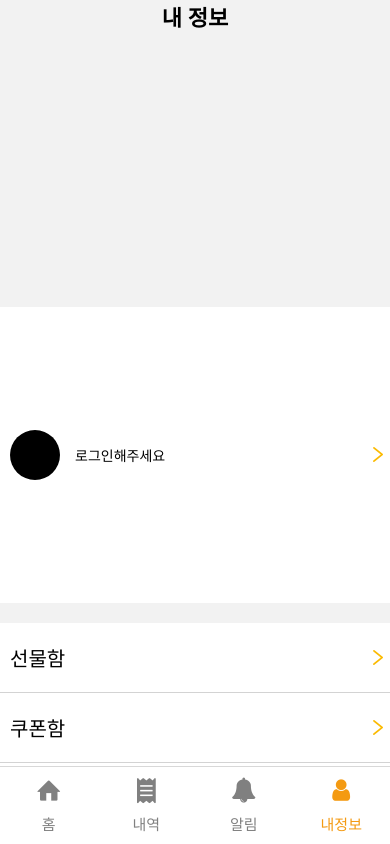
Repository: Unique0902/GachiDutch
Screen: /User
An editor plug-in stored every save of this project. The screen is shown before and after the next save, followed by the edit.
The app was drawn by React Native's web renderer in a window 390 px wide. The project was rebuilt for these pictures with package versions that can differ from the ones it lists, and the page was loaded fresh each time. Some packages were replaced by stand-ins written for this rebuild. Also part of the build but not shown: sources/components/lowBar/lowBar.jsx, sources/components/taxi/taxi.jsx, sources/components/alarm/alert.js, sources/components/alarm/alarm.jsx, sources/components/dutch_history/dutch_history.jsx, sources/components/dutchpay_historys/dutchpay_historys.jsx, sources/components/delivery_historys/delivery_historys.jsx, sources/components/taxi_historys/taxi_historys.jsx and 3 more.

Above is the screen before, as saved 2022-11-11 17:02:20.

### App.js
import React from 'react';
import { StyleSheet, Text, View, Image } from 'react-native';
import Home from './sources/components/home/home';
import { NavigationContainer } from '@react-navigation/native';
import { createNativeStackNavigator } from '@react-navigation/native-stack';
import Taxi from './sources/components/taxi/taxi';
import Main from './sources/routes/main/main';
import Login from './sources/routes/login/login';
import HttpClient from './sources/network/http.js';
import ReceiptService from './sources/services/receipt.js';
import Ready from './sources/components/ready/ready';

const Stack = createNativeStackNavigator();
const baseURL = 'https://dutch-server.herokuapp.com';
const httpClient = new HttpClient(baseURL);
const receiptService = new ReceiptService(baseURL);

export default function App() {
  return (
    <>
      <NavigationContainer>
        <Stack.Navigator screenOptions={{ headerShown: false }}>
          <Stack.Screen
            name='Main'
            children={({ navigation, route }) => (
              <Main
                receiptService={receiptService}
                navigation={navigation}
                route={route}
              />
            )}
          />
          <Stack.Screen name='Taxi' component={Taxi} />
          <Stack.Screen name='Login' component={Login} />
          <Stack.Screen name='Ready' component={Ready} />
        </Stack.Navigator>
      </NavigationContainer>
    </>
  );
}

const styles = StyleSheet.create({
  header: {
    flexDirection: 'row',
    alignItems: 'center',
    justifyContent: 'space-between',
    margin: 25,
  },
  main: {},
  container: {
    flex: 1,
    backgroundColor: '#fff',
    alignItems: 'center',
    justifyContent: 'center',
  },
  logo: {
    width: 150,
    height: 30,
  },
});

### sources/components/home/home.jsx
import React, { useRef, useState, useEffect } from 'react';
import {
  StyleSheet,
  Text,
  View,
  Image,
  Button,
  Pressable,
  ScrollView,
  Dimensions,
} from 'react-native';
import { Entypo } from '@expo/vector-icons';
import { FontAwesome } from '@expo/vector-icons';
import { FontAwesome5 } from '@expo/vector-icons';
import LowBar from '../lowBar/lowBar';
import { isLogin, getUid } from '../../services/asyncstorage';
import { StatusBar } from 'react-native';

const Home = ({ login, setLogin, navigation, setUserData, userData }) => {
  const [scrollNum, setScrollNum] = useState(1);
  const windowWidth = Dimensions.get('window').width;
  const statusBarHeight = StatusBar.currentHeight;
  const headerStyle = {
    marginTop: statusBarHeight,
  };
  let advertisementWidth = windowWidth - 40;
  const scrollWidth = parseInt(advertisementWidth);
  let scrollLeft = 0;

  const advertisementStyle = () => {
    return {
      width: advertisementWidth,
    };
  };
  const pageCircleStyle = (num) => {
    if (scrollNum === num) {
      return {
        color: '#FB9700',
      };
    } else {
      return {
        color: '#FFFDD1',
      };
    }
  };
  const scrollRef = useRef();
  return (
    <View style={[styles.home, headerStyle]}>
      <View style={styles.top}>
        <View style={styles.header}>
          <Image
            source={require('../../images/dutch_logo.png')}
            style={styles.logo}
          />
          <Pressable
            onPress={() => {
              navigation.navigate('Ready');
            }}
          >
            <Entypo name='menu' size={35} color='black' />
          </Pressable>
        </View>
        <View style={styles.mainTop}>
          {login ? (
            <View style={styles.onLogin}>
              <Text style={styles.onLoginText}>
                {userData && userData.name}님 반가워요!
              </Text>
            </View>
          ) : (
            <View style={styles.login}>
              <View style={styles.loginTop}>
                <Pressable
                  style={styles.loginBtn}
                  onPress={() =>
                    navigation.navigate('Login', { setLogin, setUserData })
                  }
                >
                  <Text style={[styles.loginText, styles.loginBtnText]}>
                    로그인
                  </Text>
                </Pressable>
                <Text style={styles.loginText}>하시고</Text>
              </View>
              <Text style={styles.loginText}>다양한 혜택을 만나 보세요!</Text>
            </View>
          )}
          <View style={styles.advertisementBox}>
            <ScrollView
              horizontal
              pagingEnabled
              contentContainerStyle={styles.advertisementScroll}
              ref={scrollRef}
              onScroll={(e) => {
                scrollLeft = parseInt(e.nativeEvent.contentOffset.x);
                if (scrollLeft % scrollWidth < 10) {
                  setScrollNum(parseInt(scrollLeft / scrollWidth + 1));
                }
              }}
              scrollEventThrottle={100}
              showsHorizontalScrollIndicator={false}
            >
              <Pressable
                style={[styles.advertisement, advertisementStyle()]}
                onPress={() => {
                  navigation.navigate('Ready');
                }}
              >
                <Image
                  source={require('../../images/advertisement_img.png')}
                  style={styles.advertisementImg}
                />
                <Text style={styles.advertisementText}>
                  같이 더치로{'\n'}편리하게 이용하세요
                </Text>
              </Pressable>
              <Pressable
                style={[styles.advertisement, advertisementStyle()]}
                onPress={() => {
                  navigation.navigate('Ready');
                }}
              >
                <Image
                  source={require('../../images/advertisement_img.png')}
                  style={styles.advertisementImg}
                />
                <Text style={styles.advertisementText}>
                  같이 더치로{'\n'}편리하게 이용하세요
                </Text>
              </Pressable>
              <Pressable
                style={[styles.advertisement, advertisementStyle()]}
                onPress={() => {
                  navigation.navigate('Ready');
                }}
              >
                <Image
                  source={require('../../images/advertisement_img.png')}
                  style={styles.advertisementImg}
                />
                <Text style={styles.advertisementText}>
                  같이 더치로{'\n'}편리하게 이용하세요
                </Text>
              </Pressable>
              <Pressable
                style={[styles.advertisement, advertisementStyle()]}
                onPress={() => {
                  navigation.navigate('Ready');
                }}
              >
                <Image
                  source={require('../../images/advertisement_img.png')}
                  style={styles.advertisementImg}
                />
                <Text style={styles.advertisementText}>
                  같이 더치로{'\n'}편리하게 이용하세요
                </Text>
              </Pressable>
            </ScrollView>
            <View style={styles.pageCircles}>
              <FontAwesome
                style={[styles.pageCircle, pageCircleStyle(1)]}
                name='circle'
                size={10}
                color='white'
              />
              <FontAwesome
                style={[styles.pageCircle, pageCircleStyle(2)]}
                name='circle'
                size={10}
                color='white'
              />
              <FontAwesome
                style={[styles.pageCircle, pageCircleStyle(3)]}
                name='circle'
                size={10}
                color='white'
              />
              <FontAwesome
                style={[styles.pageCircle, pageCircleStyle(4)]}
                name='circle'
                size={10}
                color='white'
              />
            </View>
          </View>
        </View>
      </View>
      <Pressable
        style={styles.event}
        onPress={() => {
          navigation.navigate('Ready');
        }}
      >
        <View>
          <Text style={[styles.eventText, { fontSize: 20 }]}>
            이벤트 {'   '}|
          </Text>
        </View>
        <Text style={[styles.eventText, { fontSize: 15, marginLeft: 20 }]}>
          같이더치 월 결제로 10% 할인받자!
        </Text>
        <Text style={[styles.eventText, { fontSize: 20, marginLeft: 20 }]}>
          {'>'}
        </Text>
      </Pressable>

      <View style={styles.mainBottom}>
        <View style={styles.categories}>
          <View style={styles.topBtns}>
            <View style={styles.btnShadow}>
              <Pressable
                style={styles.goodsBtn}
                onPress={() => {
                  if (login) {
                    navigation.navigate('Taxi', { userData });
                  } else {
                    navigation.navigate('Login', { setLogin, setUserData });
                  }
                }}
              >
                <Image
                  source={require('../../images/taxi_img.png')}
                  style={styles.taxiImg}
                />
                <Text style={[styles.goodText, { marginTop: 20 }]}>택시</Text>
              </Pressable>
            </View>
            <View style={styles.btnShadow}>
              <Pressable
                style={styles.goodsBtn}
                onPress={() => {
                  navigation.navigate('Ready');
                }}
              >
                <Image
                  source={require('../../images/delivery_img.png')}
                  style={styles.taxiImg}
                />
                <Text style={[styles.goodText, { marginTop: 20 }]}>배달</Text>
              </Pressable>
            </View>
          </View>
          <View style={styles.downBtns}>
            <View style={styles.btnShadow}>
              <Pressable
                style={styles.downGoodsBtn}
                onPress={() => {
                  navigation.navigate('Ready');
                }}
              >
                <Image
                  source={require('../../images/taxi_human_img.png')}
                  style={styles.peopleImg}
                />
                <Text
                  style={[styles.goodText, { marginRight: 20, marginLeft: 20 }]}
                >
                  지인끼리
                </Text>
                <Image
                  source={require('../../images/location_img.png')}
                  style={styles.peopleImg}
                />
              </Pressable>
            </View>
          </View>
        </View>
      </View>
    </View>
  );
};

export default Home;

const styles = StyleSheet.create({
  home: {
    flex: 1,
    flexDirection: 'column',
  },
  loginText: {
    paddingVertical: 5,
  },
  header: {
    flexDirection: 'row',
    alignItems: 'center',
    justifyContent: 'space-between',
    margin: 0,
    flex: 1,
  },
  mainTop: {
    flex: 6,
  },
  top: {
    flex: 6,
    padding: 20,
  },
  loginBtn: {},
  login: {
    flex: 2,
    marginTop: 15,
  },
  onLogin: {
    flex: 2,
    marginTop: 15,
  },
  onLoginText: {
    marginTop: 10,
    fontSize: 25,
    fontWeight: '600',
    color: '#444444',
  },
  loginTop: {
    flexDirection: 'row',
    alignItems: 'center',
  },
  loginText: {
    fontSize: 18,
    color: '#444444',
  },
  loginBtnText: {
    color: '#F39910',
    textDecorationLine: 'underline',
    textDecorationStyle: 'solid',
    textDecorationColor: '#000',
  },
  mainBottom: {
    flex: 6,
    padding: 15,
  },
  advertisementScroll: {
    borderRadius: 15,
    position: 'relative',
  },
  advertisementBox: {
    flex: 4,
  },
  advertisement: {
    backgroundColor: '#FBBA00',
    borderRadius: 15,
    position: 'relative',
  },
  advertisementText: {
    color: 'white',
    fontSize: 20,
    fontWeight: '800',
    marginLeft: 30,
    marginTop: 25,
  },
  advertisementImg: {
    width: '100%',
    height: '87%',
    position: 'absolute',
    borderRadius: 20,
    bottom: 0,
  },
  pageCircles: {
    flexDirection: 'row',
    position: 'absolute',
    alignItems: 'center',
    bottom: 4,
    left: 140,
  },
  pageCircle: {
    marginLeft: 3,
    marginRight: 3,
  },
  event: {
    flex: 1,
    backgroundColor: '#3C4451',
    flexDirection: 'row',
    justifyContent: 'center',
    alignItems: 'center',
  },
  categories: {
    flex: 1,
  },
  topBtns: {
    flexDirection: 'row',
    flex: 3,
  },
  downBtns: {
    flex: 2,
  },
  goodsBtn: {
    borderRadius: 20,
    backgroundColor: 'white',
    width: '100%',
    height: '100%',
    alignItems: 'center',
    justifyContent: 'center',
  },
  downGoodsBtn: {
    borderRadius: 20,
    backgroundColor: 'white',
    width: '100%',
    height: '100%',
    flexDirection: 'row',
    justifyContent: 'center',
    alignItems: 'center',
  },
  goodText: {
    fontSize: 20,
    fontWeight: '600',
  },
  btnShadow: {
    flex: 1,
    shadowOffset: {
      width: 0,
      height: 1,
    },
    shadowOpacity: 0.18,
    borderRadius: 20,
    shadowRadius: 1.0,
    elevation: 1,
    margin: 5,
  },
  eventText: {
    color: 'white',
  },
  taxiImg: {
    width: 90,
    height: 90,
  },
  peopleImg: {
    width: 60,
    height: 67,
  },
  logo: {
    width: 150,
    height: 30,
  },
});

### sources/routes/main/main.jsx
import React, { useEffect, useRef, useState } from 'react';
import { View, Button, Text } from 'react-native';
import Home from '../../components/home/home';
import LowBar from '../../components/lowBar/lowBar';
import User from '../../components/user/user';
import Alarm from '../../components/alarm/alarm';
import Receipt from '../../components/receipt/receipt';
import { createBottomTabNavigator } from '@react-navigation/bottom-tabs';
import { Entypo } from '@expo/vector-icons';
import { FontAwesome } from '@expo/vector-icons';
import { FontAwesome5 } from '@expo/vector-icons';
import { isLogin, matchUserData } from '../../services/asyncstorage';

const Tab = createBottomTabNavigator();

const Main = ({ receiptService, navigation, route }) => {
  const [login, setLogin] = useState(false);
  const [userData, setUserData] = useState(null);
  useEffect(() => {
    isLogin().then((result) => {
      if (result) {
        setLogin(true);
        console.log('로그인 되어있음!');
        matchUserData(setUserData);
      } else {
        setLogin(false);
        console.log('로그인 안되어있음!');
      }
    });
  }, [login]);
  return (
    <>
      <View style={{ flex: 14 }}>
        <Tab.Navigator
          screenOptions={({ route }) => ({
            tabBarIcon: ({ color, size }) => {
              if (route.name === 'Home') {
                return <Entypo name='home' size={size} color={color} />;
              } else if (route.name === 'Receipt') {
                return (
                  <FontAwesome5 name='receipt' size={size} color={color} />
                );
              } else if (route.name === 'Alarm') {
                return <FontAwesome name='bell' size={size} color={color} />;
              } else if (route.name === 'User') {
                return <FontAwesome name='user' size={size} color={color} />;
              }
            },
            tabBarStyle: { flex: 0.1 },
            tabBarLabelStyle: {
              fontSize: 15,
              marginBottom: 10,
              fontWeight: '500',
            },
            tabBarActiveTintColor: '#F49A11',
            tabBarInactiveTintColor: 'gray',
            headerShown: false,
          })}
        >
          <Tab.Screen
            name='Home'
            options={({ route, navigation }) => {
              return { tabBarLabel: '홈' };
            }}
            children={({ navigation }) => (
              <Home
                login={login}
                setLogin={setLogin}
                navigation={navigation}
                setUserData={setUserData}
                userData={userData}
              />
            )}
          />
          <Tab.Screen
            name='Receipt'
            options={({ route, navigation }) => {
              return { tabBarLabel: '내역' };
            }}
            children={({ navigation, route }) => (
              <Receipt
                login={login}
                navigation={navigation}
                receiptService={receiptService}
                userData={userData}
                route={route}
              />
            )}
          />
          <Tab.Screen
            options={({ route, navigation }) => {
              return { tabBarLabel: '알림' };
            }}
            name='Alarm'
            children={({ navigation }) => (
              <Alarm login={login} navigation={navigation} />
            )}
          />
          <Tab.Screen
            options={({ route, navigation }) => {
              return { tabBarLabel: '내정보' };
            }}
            name='User'
            children={({ navigation }) => (
              <User
                login={login}
                setLogin={setLogin}
                navigation={navigation}
                setUserData={setUserData}
                userData={userData}
              />
            )}
          />
        </Tab.Navigator>
      </View>
    </>
  );
};

export default Main;

### sources/network/http.js
export default class HttpClient {
  constructor(baseURL) {
    this.baseURL = baseURL;
  }

  async fetch(url, options) {
    const res = await fetch(`${this.baseURL}${url}`, {
      ...options,
      headers: {
        'Content-Type': 'application/json',
        ...options.headers,
      },
    });
    let data;
    try {
      data = await res.json();
    } catch (error) {
      console.error(error);
    }

    if (res.status > 299 || res.status < 200) {
      const message =
        data && data.message ? data.message : 'Something went wrong! 🤪';
      const error = new Error(message);
      throw error;
    }
    return data;
  }
}

### sources/services/receipt.js
export default class ReceiptService {
  constructor(http) {
    this.http = http;
  }

  getTexiHistorys = async (userId) => {
    return await fetch(`${this.http}/receipt/all/${userId}`, {
      method: 'GET',
    });
  };
}

### sources/services/asyncstorage.js
import AsyncStorage from '@react-native-async-storage/async-storage';

export const isLogin = async () => {
  try {
    const loginDatas = await AsyncStorage.getItem('loginDatas');
    console.log(loginDatas);
    if (loginDatas) {
      return true;
    } else {
      return false;
    }
  } catch (e) {
    console.error(e);
  }
};

export const logout = async () => {
  try {
    await AsyncStorage.removeItem('loginDatas');
  } catch (error) {
    console.error(error);
  }
};

export const getRefreshToken = async () => {
  try {
    const loginDatas = await AsyncStorage.getItem('loginDatas');
    if (loginDatas) {
      return JSON.parse(loginDatas).refreshToken;
    }
  } catch (e) {
    console.error(e);
  }
};

export const getUid = async () => {
  try {
    const loginDatas = await AsyncStorage.getItem('loginDatas');
    if (loginDatas) {
      return JSON.parse(loginDatas).uid;
    }
  } catch (e) {
    console.error(e);
  }
};

export const matchUserData = async (setUserData) => {
  try {
    const loginDatas = await AsyncStorage.getItem('loginDatas');
    if (loginDatas) {
      return setUserData(JSON.parse(loginDatas));
    }
  } catch (e) {
    console.error(e);
  }
};

### sources/components/user/user.jsx
import React, { useEffect, useRef, useState } from 'react';
import { StatusBar } from 'react-native';
import {
  StyleSheet,
  Text,
  View,
  Pressable,
  ScrollView,
  Image,
} from 'react-native';
import { AntDesign } from '@expo/vector-icons';
import { isLogin, logout } from '../../services/asyncstorage';

export default function User({
  login,
  setLogin,
  navigation,
  setUserData,
  userData,
}) {
  const statusBarHeight = StatusBar.currentHeight;
  const headerStyle = {
    marginTop: statusBarHeight,
  };
  const onProfilePress = () => {
    console.log('profile pressed');
  };
  const onProfileInfoPress = () => {
    if (login) {
    } else {
      navigation.navigate('Login', { setLogin: setLogin });
    }
  };
  useEffect(() => {
    console.log(login);
  }, []);
  return (
    <View style={styles.container}>
      <View style={[styles.header, headerStyle]}>
        <Text style={styles.headerText}>내 정보</Text>
      </View>
      <Pressable style={styles.profileBtn}>
        <Pressable onPress={onProfilePress}>
          <Image style={styles.profileImage} />
        </Pressable>
        <View style={styles.profileName}>
          {login ? (
            <>
              <Text style={styles.nameText}>{userData && userData.name}</Text>
            </>
          ) : (
            <>
              <Text>로그인해주세요</Text>
            </>
          )}
        </View>
        <AntDesign style={styles.enter} name='right' size={20} />
      </Pressable>
      {/* <Pressable
          style={{
            flexDirection: 'column',
            alignItems: 'flex-end',
            marginBottom: 15,
          }}
        >
          <View style={{ flexDirection: 'row' }}>
            <Text>*** </Text>
            <Text>Point</Text>
            <AntDesign name='right' size={24} color='black' />
          </View>
        </Pressable> */}

      <ScrollView style={styles.menus}>
        {/* <Pressable style={styles.enterMenu}>
          <Text style={styles.menuText}>주문내역</Text>
          <AntDesign name='right' size={24} color='black' />
        </Pressable> */}
        <Pressable style={styles.enterMenu}>
          <Text style={styles.menuText}>선물함</Text>
          <AntDesign style={styles.enter} name='right' size={20} />
        </Pressable>
        <Pressable style={styles.enterMenu}>
          <Text style={styles.menuText}>쿠폰함</Text>
          <AntDesign style={styles.enter} name='right' size={20} />
        </Pressable>
        <Pressable style={styles.enterMenu}>
          <Text style={styles.menuText}>환경설정</Text>
          <AntDesign style={styles.enter} name='right' size={20} />
        </Pressable>
        <Pressable style={styles.enterMenu}>
          <Text style={styles.menuText}>친구목록</Text>
          <AntDesign style={styles.enter} name='right' size={20} />
        </Pressable>
        {login && (
          <Pressable style={styles.logoutBtn}>
            <Text
              style={styles.logoutText}
              onPress={() => {
                logout().then(() => {
                  setLogin(false);
                  console.log('로그아웃됨!');
                  setUserData(null);
                  navigation.navigate('Main', { screen: 'Home' });
                });
              }}
            >
              로그아웃
            </Text>
          </Pressable>
        )}
      </ScrollView>
    </View>
    //내정보
  );
}

const styles = StyleSheet.create({
  container: {
    flex: 1,
  },
  header: {
    flex: 2,
  },
  headerText: {
    fontSize: 22,
    fontWeight: '600',
    alignSelf: 'center',
  },
  enterMenu: {
    justifyContent: 'space-between',
    alignItems: 'center',
    flexDirection: 'row',
    padding: 20,
    paddingHorizontal: 10,
    borderBottomColor: 'lightgray',
    borderBottomWidth: 1,
    borderStyle: 'solid',
  },
  menus: {
    flex: 2,
    backgroundColor: 'white',
    marginTop: 20,
  },
  menuText: {
    fontSize: 20,
    fontWeight: '500',
  },
  nameText: {
    fontSize: 20,
    fontWeight: '600',
  },
  profileImage: {
    width: 50,
    height: 50,
    borderRadius: 100,
    backgroundColor: 'black',
  },
  infoArea: {
    flexDirection: 'column',
  },
  infoText: {
    fontSize: 24,
    fontWeight: '500',
  },
  profileBtn: {
    flex: 2,
    marginTop: 20,
    padding: 5,
    paddingHorizontal: 10,
    flexDirection: 'row',
    alignItems: 'center',
    backgroundColor: 'white',
  },
  logoutText: {
    fontSize: 20,
    fontWeight: '500',
    color: 'red',
  },
  profileName: {
    marginLeft: 15,
  },
  enter: {
    position: 'absolute',
    right: 2,
    color: '#FBBA00',
  },
});

Loaded but not shown: index.js (common file)

After the next save:
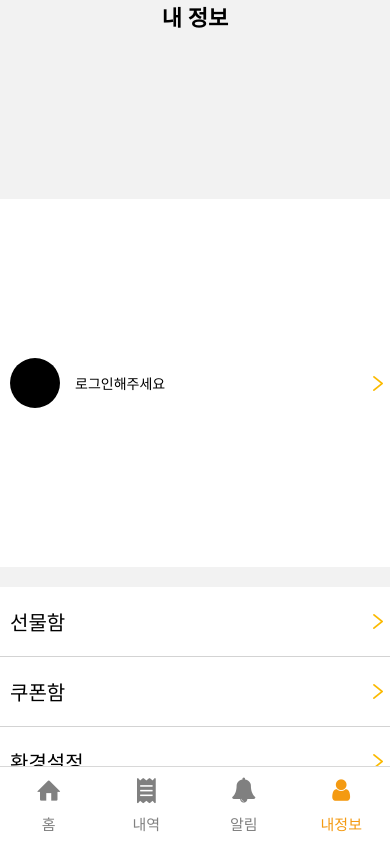
Saved 7 s later.
--- a/sources/components/user/user.jsx
+++ b/sources/components/user/user.jsx
@@ -119,7 +119,7 @@ const styles = StyleSheet.create({
     flex: 1,
   },
   header: {
-    flex: 2,
+    flex: 1,
   },
   headerText: {
     fontSize: 22,
